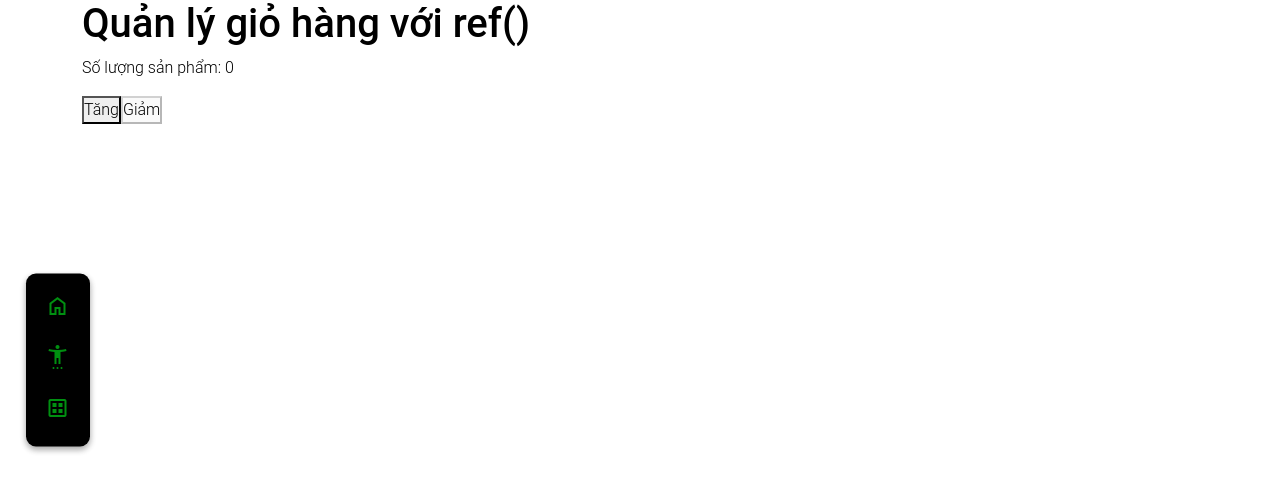
Repository: tuankiet10920/homeworkFEF
Page: /about
An editor plug-in stored every save of this project. The page is shown before and after the next save, followed by the edit.
The browser window is 1280 px wide. The pictures show the whole page.
The project was rebuilt for these pictures with package versions that can differ from the ones it lists, and the page was loaded fresh each time. Also part of the build but not shown: vite.config.js, src/components/HelloWorld.vue, src/views/HomeView.vue.

Above is the page before, as saved 2024-10-22 22:35:02.

### index.html
<!doctype html>
<html lang="en">
  <head>
    <meta charset="UTF-8" />
    <link rel="icon" href="/favicon.ico" />
    <meta name="viewport" content="width=device-width, initial-scale=1.0" />
    <link
      href="https://cdn.jsdelivr.net/npm/bootstrap@5.3.3/dist/css/bootstrap.min.css"
      rel="stylesheet"
      integrity="sha384-QWTKZyjpPEjISv5WaRU9OFeRpok6YctnYmDr5pNlyT2bRjXh0JMhjY6hW+ALEwIH"
      crossorigin="anonymous"
    />
    <link
      rel="stylesheet"
      href="https://fonts.googleapis.com/css2?family=Material+Symbols+Outlined:opsz,wght,FILL,GRAD@20..48,100..700,0..1,-50..200"
    />
    <title>Vite App</title>
    <link rel="stylesheet" href="./src/assets/css/main.css" />
  </head>
  <body>
    <div id="app"></div>
    <script
      src="https://cdn.jsdelivr.net/npm/bootstrap@5.3.3/dist/js/bootstrap.bundle.min.js"
      integrity="sha384-YvpcrYf0tY3lHB60NNkmXc5s9fDVZLESaAA55NDzOxhy9GkcIdslK1eN7N6jIeHz"
      crossorigin="anonymous"
    ></script>
    <script type="module" src="/src/main.js"></script>
  </body>
</html>

### src/assets/css/main.css
* {
  margin: 0;
  padding: 0;
  box-sizing: border-box;
  text-decoration: none;
  color: #000;
  font-size: 16px;
  font-family: 'Roboto', sans-serif;
  font-weight: 300;
  font-style: normal;
}

### src/App.vue
<script setup>
import { RouterLink, RouterView } from 'vue-router'
import HelloWorld from './components/HelloWorld.vue'
import Icon from './components/Icon.vue'
</script>

<template>
  <header>
    <div class="wrapper">
      <nav>
        <RouterLink to="/">
          <Icon iconName="home" />
        </RouterLink>

        <RouterLink to="/about">
          <Icon iconName="settings_accessibility" />
        </RouterLink>

        <RouterLink to="/labs">
          <Icon iconName="dataset" />
        </RouterLink>
      </nav>
    </div>
  </header>
  <RouterView />
</template>

<style scoped>
.wrapper nav a {
  margin-bottom: 20px;
  width: fit-content;
  text-decoration: none;
}
.wrapper nav a span {
  color: #009011;
}
.wrapper nav a:last-child {
  margin-bottom: 0;
}
nav {
  display: flex;
  flex-direction: column;
  justify-content: center;
  position: absolute;
  top: 50%;
  left: 2%;
  transform: translateY(-50%);
  padding: 20px;
  border-radius: 10px;
  background: #000;
  box-shadow:
    rgba(0, 0, 0, 0.16) 0px 3px 6px,
    rgba(0, 0, 0, 0.23) 0px 3px 6px;
}
</style>

### src/router/index.js
import { createRouter, createWebHistory } from 'vue-router'
import HomeView from '../views/HomeView.vue'

const router = createRouter({
  history: createWebHistory(import.meta.env.BASE_URL),
  routes: [
    {
      path: '/',
      name: 'home',
      component: HomeView,
    },
    {
      path: '/about',
      name: 'about',
      // route level code-splitting
      // this generates a separate chunk (About.[hash].js) for this route
      // which is lazy-loaded when the route is visited.
      component: () => import('../views/AboutView.vue'),
    },
    {
      path: '/labs',
      name: 'labs',
      component: () => import('../views/LabView.vue'),
    },
    // cac bai labs

    // Lab 1
    {
      path: '/bai2lab1',
      name: 'bai2lab1',
      component: () => import('../Labs/Lab1/Bai2.vue'),
    },
    {
      path: '/bai3lab1',
      name: 'bai3lab1',
      component: () => import('../Labs/Lab1/Bai3.vue'),
    },
    {
      path: '/bai4lab1',
      name: 'bai4lab1',
      component: () => import('../Labs/Lab1/Bai4.vue'),
    },
  ],
})

export default router

### src/components/Icon.vue
<script setup>
const props = defineProps(['iconName'])
</script>
<template>
  <span class="material-symbols-outlined"> {{ props.iconName }} </span>
</template>
<style scoped></style>

### src/views/AboutView.vue
<script setup>
import Bai1 from '../Labs/Lab2/Bai1.vue'
</script>
<template>
  <Bai1 />
</template>

<style></style>

### src/Labs/Lab2/Bai1.vue
<script setup>
import { ref } from 'vue'

const qty = ref(0)

const increaseQty = () => {
  qty.value++
}

const decreaseQty = () => {
  if (qty.value > 0) {
    qty.value--
  }
}
</script>
<template>
  <div class="container">
    <h1>Quản lý giỏ hàng với ref()</h1>
    <p>Số lượng sản phẩm: {{ qty }}</p>
    <button @click="increaseQty" type="button">Tăng</button>
    <button @click="decreaseQty" type="button" :disabled="qty === 0">
      Giảm
    </button>
  </div>
</template>
<style scoped></style>

### src/Labs/Lab2/Bai2.vue
<script setup></script>
<template>
  <div class="container">
    <h1>Quản lý thông tin người dùng với reactive()</h1>
    <form>
      <label>Tên: <input /></label><br />
      <label>Tuổi: <input type="number" /></label><br />
      <label>Email: <input /></label><br />
    </form>
  </div>
  <p>Tên: kiệt</p>
  <p>Tuổi: kiệt</p>
  <p>Email: kiệt</p>
</template>
<style scoped></style>

Loaded but not shown: src/main.js (common file)

After the next save:
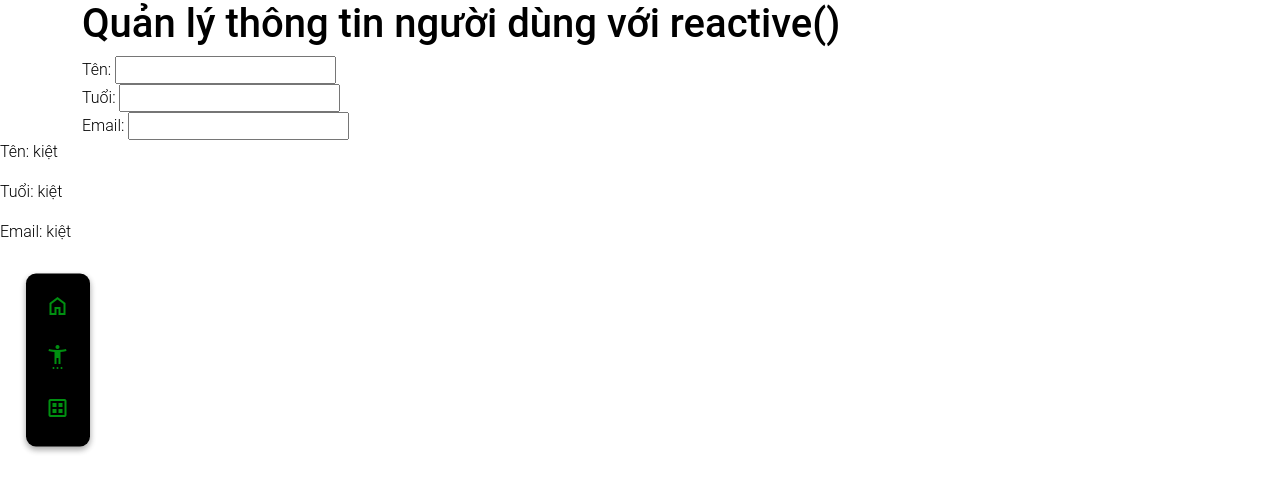
Saved 18 s later.
--- a/src/views/AboutView.vue
+++ b/src/views/AboutView.vue
@@ -1,8 +1,8 @@
 <script setup>
-import Bai1 from '../Labs/Lab2/Bai1.vue'
+import Bai2 from '../Labs/Lab2/Bai2.vue'
 </script>
 <template>
-  <Bai1 />
+  <Bai2 />
 </template>
 
 <style></style>
